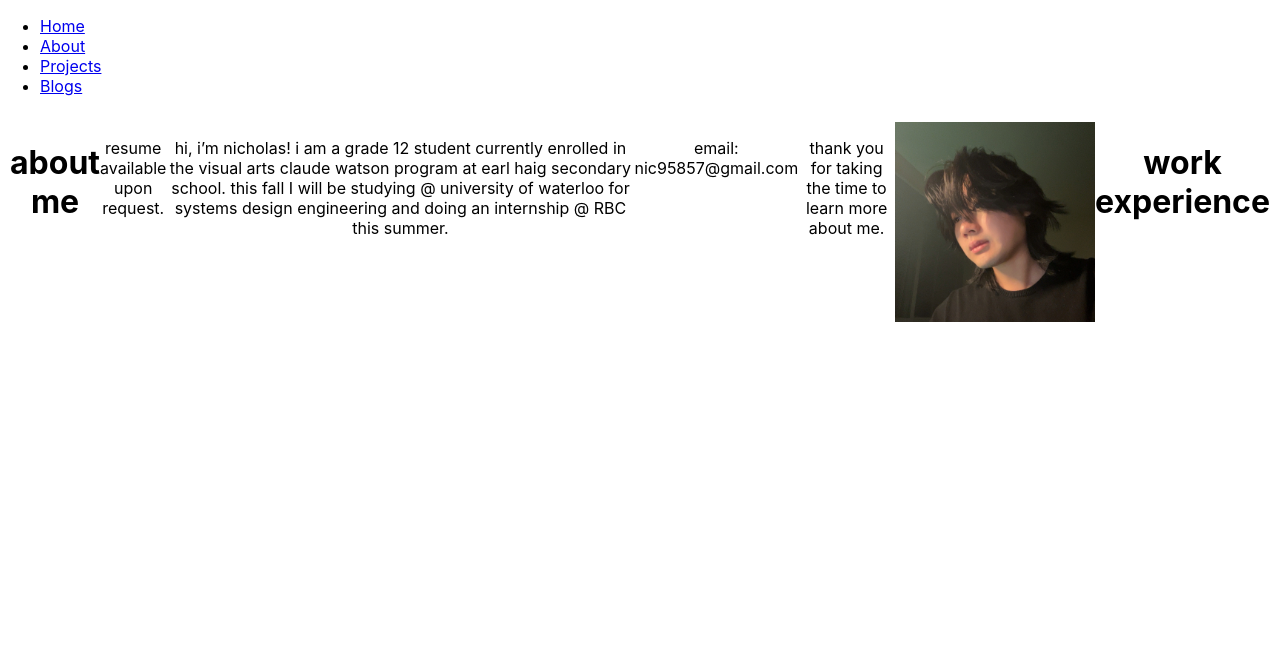
Repository: nicholaschen09/personalWebsite
Page: /about
An editor plug-in stored every save of this project. The page is shown before and after the next save, followed by the edit.
The browser window is 1280 px wide. The pictures show the whole page.
The project was rebuilt for these pictures with package versions that can differ from the ones it lists, and the page was loaded fresh each time. Also part of the build but not shown: src/components/Home.css, src/components/Home.js, src/components/Projects.css, src/components/Projects.js, src/components/Blog.css, src/components/Blog.js, src/components/Miscellaneous.css, src/components/Miscellaneous.js and 4 more.

Above is the page before, as saved 2024-05-23 13:01:20.

After the next save:
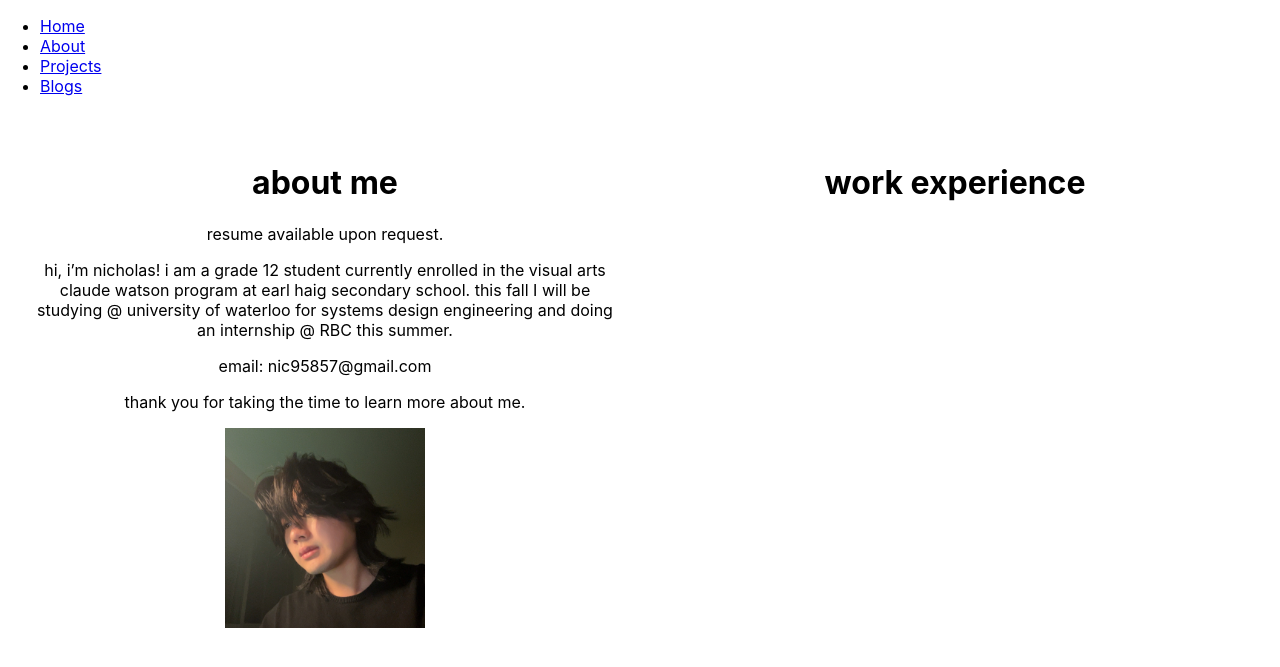
Saved 6 min 59 s later.
--- a/src/components/About.js
+++ b/src/components/About.js
@@ -4,6 +4,7 @@ import './About.css';
 const About = () => {
     return (
         <div className="about">
+            <div className="column">
             <h1>about me</h1>
             <p>resume available upon request.</p>
             <p>hi, i’m nicholas! i am a grade 12 student currently enrolled in the visual arts claude watson
@@ -12,10 +13,12 @@ const About = () => {
             <p>email: nic95857@gmail.com</p>
             <p>thank you for taking the time to learn more about me.</p>
             <img src={process.env.PUBLIC_URL + '/file.jpg'}alt="profilePic" className="profilePic" />
-
+            </div>
+            <div className="column">
             <h1>work experience</h1>
             </div>
 
+            </div>
 
 
     );
